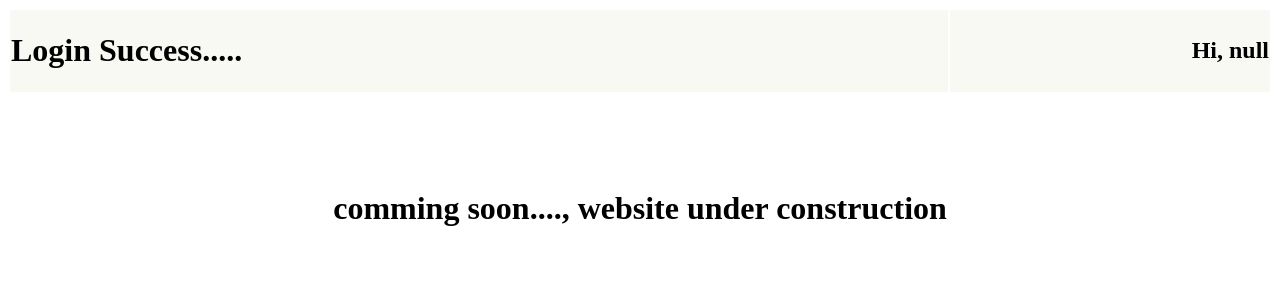
Repository: KanimozhiThandapani/Phase2AirlineBookingProject
Page: http://localhost/AirlineBooking/home.jsp
An editor plug-in stored every save of this project. The page is shown before and after the next save, followed by the edit.
The browser window is 1280 px wide. The pictures show the whole page.
The page is served by Tomcat 9. Other server files are loaded and not shown.

Above is the page before, as saved 2022-04-22 12:41:34.

### AirlineBooking/WebContent/home.jsp
<%@ page language="java" contentType="text/html; charset=ISO-8859-1"
    pageEncoding="ISO-8859-1"%>
<!DOCTYPE html PUBLIC "-//W3C//DTD HTML 4.01 Transitional//EN" "http://www.w3.org/TR/html4/loose.dtd">
<html>
<head>
<meta http-equiv="Content-Type" content="text/html; charset=ISO-8859-1">
<title>:: Home ::</title>
</head>

<body>
<form action="homepage" method="get">
<table width="100%">
 <tr bgcolor=F9F9F3>
  <td align="left"><h1>Login Success.....</h1></td>
  <td align="right">
  <h2>
   Hi, <%= request.getAttribute("username") %>
  </h2>
  </td>
 </tr>
 <tr>
  <td colspan="2"><h1 align="center"></br></br>comming soon...., website under construction</h1></td>
 </tr>
</table>
</form>
</body>
</html>

After the next save:
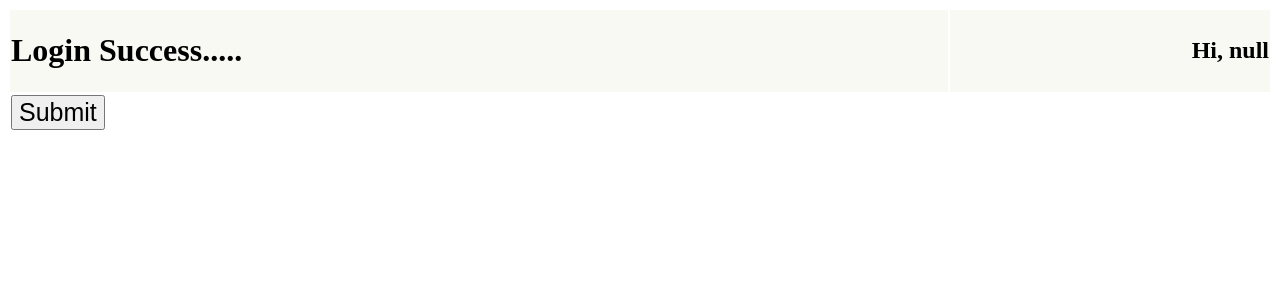
Saved 83 s later.
--- a/AirlineBooking/WebContent/home.jsp
+++ b/AirlineBooking/WebContent/home.jsp
@@ -19,7 +19,9 @@
   </td>
  </tr>
  <tr>
-  <td colspan="2"><h1 align="center"></br></br>comming soon...., website under construction</h1></td>
+  <td colspan="2">
+  <input type="submit" value="Submit" style="font-size: 25px">
+  </td>
  </tr>
 </table>
 </form>
